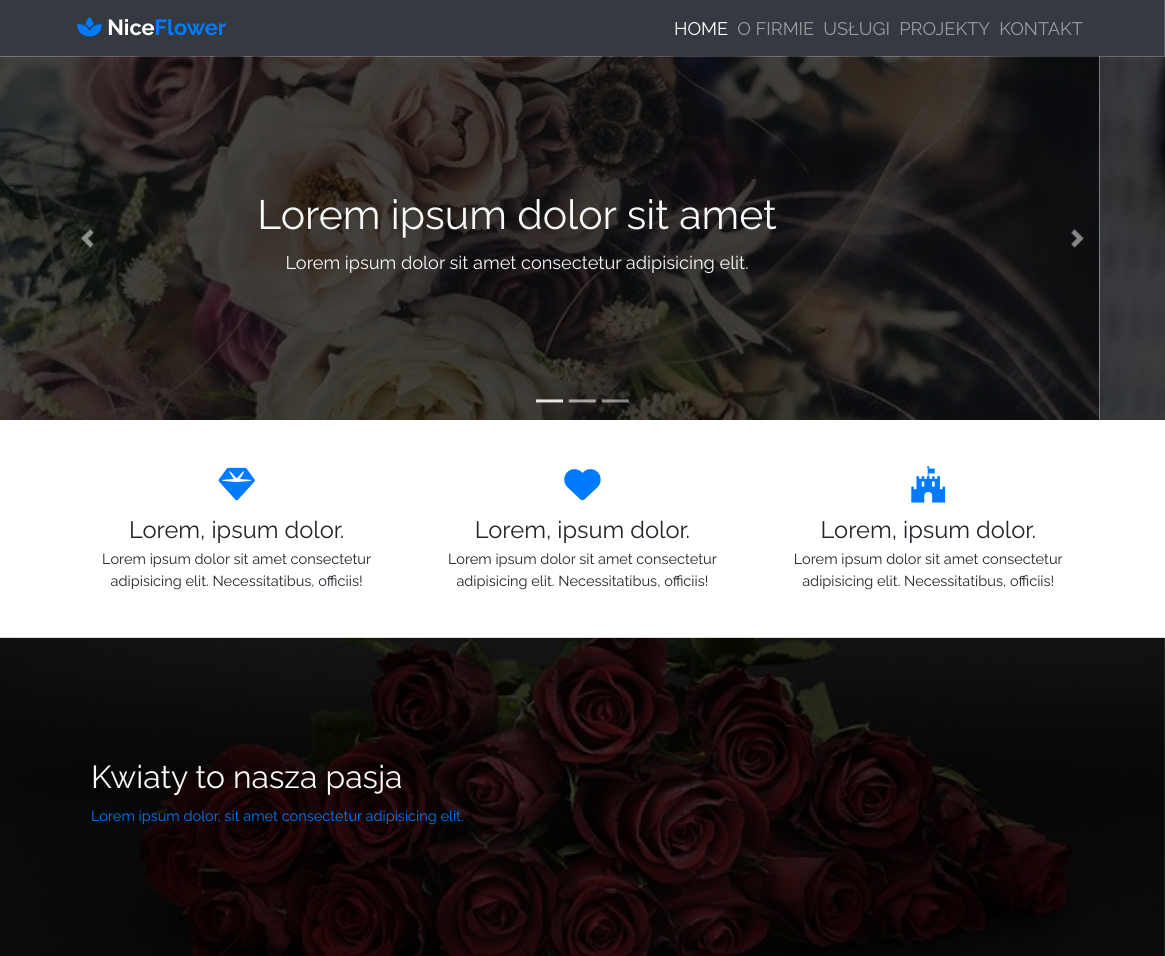
Repository: KrzysKolo/Projekt-13_Kwiaciarnia
Page: index.html
The author's editor kept a copy of each file at every save. The page is drawn from the files as they stood at one save, then again after the next save.
The browser window is 1280 px wide. The pictures show the whole page, at 91% of full size.
Some web libraries are served in a nearby version.

Above is the page before, as saved 2020-08-08 09:04:59.

### index.html
<!DOCTYPE html>
<html lang="pl">
  <head>
    <meta charset="UTF-8" />
    <meta name="viewport" content="width=device-width, initial-scale=1.0" />
    <title>Nice-Flower</title>
    <script
      src="https://kit.fontawesome.com/21efeaf281.js"
      crossorigin="anonymous"
    ></script>

    <link
      rel="stylesheet"
      href="https://stackpath.bootstrapcdn.com/bootstrap/4.5.0/css/bootstrap.min.css"
      integrity="sha384-9aIt2nRpC12Uk9gS9baDl411NQApFmC26EwAOH8WgZl5MYYxFfc+NcPb1dKGj7Sk"
      crossorigin="anonymous"
    />
    <link
      href="https://fonts.googleapis.com/css2?family=Raleway:wght@400;700&display=swap"
      rel="stylesheet"
    />
    <link rel="stylesheet" href="style.css" />
  </head>
  <body>
    <nav class="navbar navbar-expand-lg navbar-dark bg-dark py-3">
      <div class="container">
        <a class="navbar-brand" href="#"
          ><i class="fas fa-spa text-primary"></i> Nice<span
            class="text-primary"
            >Flower</span
          ></a
        >
        <button
          class="navbar-toggler border-0"
          type="button"
          data-toggle="collapse"
          data-target="#navbarNavAltMarkup"
          aria-controls="navbarNavAltMarkup"
          aria-expanded="false"
          aria-label="Toggle navigation"
        >
          <i class="fas fa-bars px-4"></i>
        </button>
        <div class="collapse navbar-collapse" id="navbarNavAltMarkup">
          <div class="navbar-nav ml-auto">
            <a class="nav-link active" href="#"
              >Home <span class="sr-only">(current)</span></a
            >
            <a class="nav-link" href="abouteus.html">O firmie</a>
            <a class="nav-link" href="services.html">Usługi</a>
            <a class="nav-link" href="projects.html">Projekty</a>
            <a class="nav-link" href="contact.html">Kontakt</a>
          </div>
        </div>
      </div>
    </nav>

    <!-- HEADER -->
    <header>
      <div
        id="carouselExampleCaptions"
        class="carousel slide"
        data-ride="carousel"
      >
        <ol class="carousel-indicators">
          <li
            data-target="#carouselExampleCaptions"
            data-slide-to="0"
            class="active"
          ></li>
          <li data-target="#carouselExampleCaptions" data-slide-to="1"></li>
          <li data-target="#carouselExampleCaptions" data-slide-to="2"></li>
        </ol>
        <div class="carousel-inner text-dark text-center">
          <div class="carousel-item carousel-img-one active">
            <div
              class="carousel-text h-100 p-5 d-flex flex-column justyfy-content-end justify-content-md-center align-items-center"
            >
              <div class="hero-shadow"></div>
              <p class="display-3 text-light">Lorem ipsum dolor sit amet</p>
              <p class="d-none d-sm-block text-light">
                Lorem ipsum dolor sit amet consectetur adipisicing elit.
              </p>
            </div>
          </div>
          <div class="carousel-item carousel-img-two">
            <div
              class="carousel-text h-100 p-5 d-flex flex-column justyfy-content-end justify-content-md-center align-items-center"
            >
              <div class="hero-shadow"></div>
              <p class="display-3 text-light">Lorem ipsum dolor sit amet</p>
              <p class="d-none d-sm-block text-light">
                Lorem ipsum dolor sit amet consectetur adipisicing elit.
              </p>
            </div>
          </div>
          <div class="carousel-item carousel-img-three">
            <div
              class="carousel-text h-100 p-5 d-flex flex-column justyfy-content-end justify-content-md-center align-items-center"
            >
              <div class="hero-shadow"></div>
              <p class="display-3 text-light">Lorem ipsum dolor sit amet</p>
              <p class="d-none d-sm-block text-light">
                Lorem ipsum dolor sit amet consectetur adipisicing elit.
              </p>
            </div>
          </div>
        </div>
        <a
          class="carousel-control-prev"
          href="#carouselExampleCaptions"
          role="button"
          data-slide="prev"
        >
          <span class="carousel-control-prev-icon" aria-hidden="true"></span>
          <span class="sr-only">Previous</span>
        </a>
        <a
          class="carousel-control-next"
          href="#carouselExampleCaptions"
          role="button"
          data-slide="next"
        >
          <span class="carousel-control-next-icon" aria-hidden="true"></span>
          <span class="sr-only">Next</span>
        </a>
      </div>
    </header>

    <!-- MAIN -->
    <main>
      <section class="home-boxes">
        <div class="container text-center">
          <div class="row">
            <div class="col-md-4 home-box mb-5 mb-md-0">
              <i class="fas fa-gem mb-4 text-primary"></i>
              <h3>Lorem, ipsum dolor.</h3>
              <p class="m-0">
                Lorem ipsum dolor sit amet consectetur adipisicing elit.
                Necessitatibus, officiis!
              </p>
            </div>
            <div class="col-md-4 home-box mb-5 mb-md-0">
              <i class="fas fa-heart mb-4 text-primary"></i>
              <h3>Lorem, ipsum dolor.</h3>
              <p class="m-0">
                Lorem ipsum dolor sit amet consectetur adipisicing elit.
                Necessitatibus, officiis!
              </p>
            </div>
            <div class="col-md-4 home-box mb-5 mb-md-0">
              <i class="fab fa-fort-awesome mb-4 text-primary"></i>
              <h3>Lorem, ipsum dolor.</h3>
              <p class="m-0">
                Lorem ipsum dolor sit amet consectetur adipisicing elit.
                Necessitatibus, officiis!
              </p>
            </div>
          </div>
        </div>
      </section>

      <section class="home-passion">
        <div class="hero-shadow"></div>
        <div class="row m-0 h-100 align-items-center text-light">
          <div class="col">
            <div class="container p-5">
              <p class="display-4">Kwiaty to nasza pasja</p>
              <p class="text-primary">
                Lorem ipsum dolor, sit amet consectetur adipisicing elit.
              </p>
            </div>
          </div>
        </div>
      </section>
    </main>
    <script
      src="https://code.jquery.com/jquery-3.5.1.slim.min.js"
      integrity="sha384-DfXdz2htPH0lsSSs5nCTpuj/zy4C+OGpamoFVy38MVBnE+IbbVYUew+OrCXaRkfj"
      crossorigin="anonymous"
    ></script>
    <script
      src="https://cdn.jsdelivr.net/npm/popper.js@1.16.0/dist/umd/popper.min.js"
      integrity="sha384-Q6E9RHvbIyZFJoft+2mJbHaEWldlvI9IOYy5n3zV9zzTtmI3UksdQRVvoxMfooAo"
      crossorigin="anonymous"
    ></script>
    <script
      src="https://stackpath.bootstrapcdn.com/bootstrap/4.5.0/js/bootstrap.min.js"
      integrity="sha384-OgVRvuATP1z7JjHLkuOU7Xw704+h835Lr+6QL9UvYjZE3Ipu6Tp75j7Bh/kR0JKI"
      crossorigin="anonymous"
    ></script>
  </body>
</html>

### style.css
* {
  box-sizing: border-box;
  margin: 0;
  padding: 0;
}
html {
  font-size: 62.5%;
}
body {
  font-family: "Raleway", sans-serif;
  font-size: 1.6rem;
}
.hero-shadow {
  position: absolute;
  top: 0;
  width: 100%;
  height: 100%;
  background-color: rgba(0, 0, 0, 0.7);
  z-index: -1;
}
/* ----------- */
/*  nawigacja  */
/* ----------- */
nav {
  font-size: 2rem;
  text-transform: uppercase;
}
.navbar-toggler {
  font-size: 3rem;
}
.navbar-brand {
  font-size: 2.4rem;
  font-weight: bold;
  text-transform: none;
}
/* ----------- */
/*    header   */
/* ----------- */
header {
  font-size: 2rem;
}
.carousel-item {
  position: relative;
  height: 400px;
  background-position: center;
  background-size: cover;
  z-index: 0;
}
.carousel-img-one {
  background-image: url("./img/b1m.jpg");
}
.carousel-img-two {
  background-image: url("./img/b2m.jpg");
}
.carousel-img-three {
  background-image: url("./img/b4m.jpg");
}
/* ----------- */
/*     main    */
/* ----------- */
.home-boxes {
  padding: 5rem 0;
}
.home-box i {
  font-size: 4rem;
}
.home-box h3 {
  font-size: 2.6rem;
}
/* ----------- */
.home-passion {
  position: relative;
  height: 350px;
  background-image: url("./img/b8m.jpg");
  background-position: center;
  background-size: cover;
  z-index: 0;
}

@media (min-width: 1400px) {
  .carousel-item {
    height: 600px;
  }
  .carousel-img-one {
    background-image: url("./img/b1.jpg");
  }
  .carousel-img-two {
    background-image: url("./img/b2.jpg");
  }
  .carousel-img-three {
    background-image: url("./img/b4.jpg");
  }
}

After the next save:
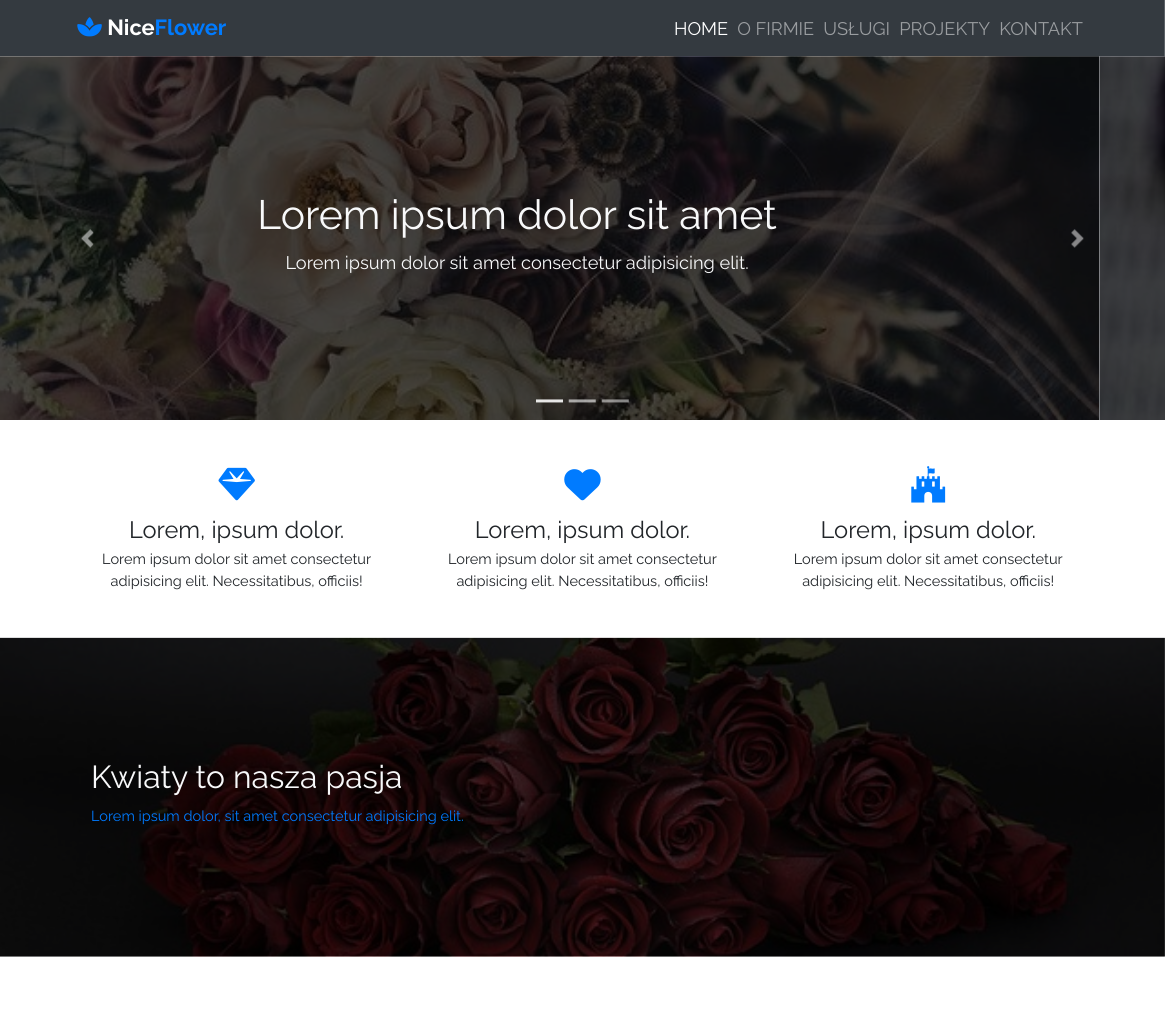
Saved 33 h 16 min later.
--- a/index.html
+++ b/index.html
@@ -173,6 +173,7 @@
           </div>
         </div>
       </section>
+      <section class="home-brand py-5"></section>
     </main>
     <script
       src="https://code.jquery.com/jquery-3.5.1.slim.min.js"
